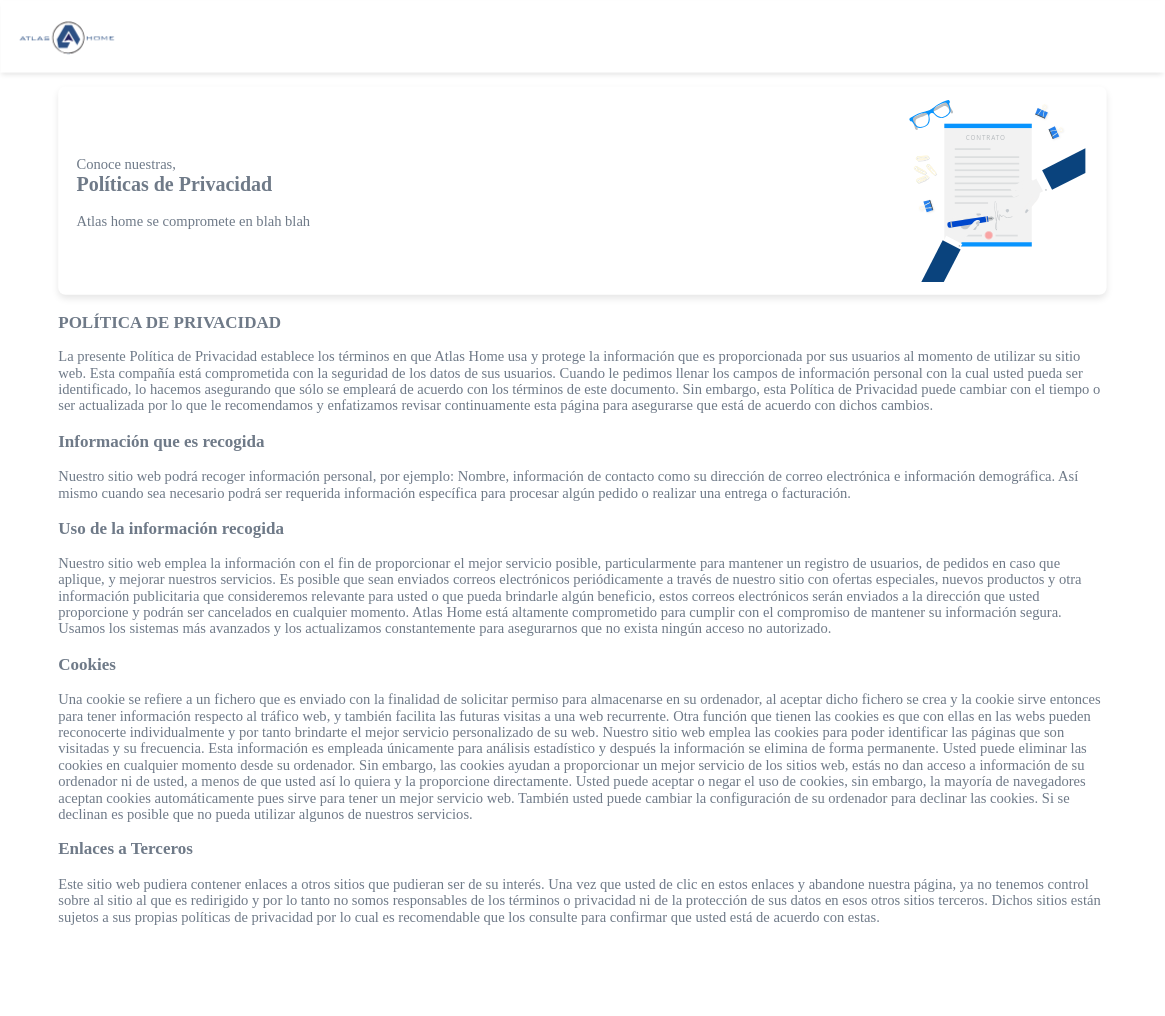
Repository: FabioMadrid/atlas_code
Page: politicas_privacidad.html
These files come from the project's save history. The page is drawn as it stood at one moment and after the next save; the edit follows.
The browser window is 1280 px wide. The pictures show the whole page, at 91% of full size.
Some web fonts or font styles are not loaded; a fallback is used. Some web libraries are served in a nearby version.

Above is the page before, as saved 2021-01-13 10:46:26.
Console error: TypeError: Cannot read properties of null (reading 'click')

### politicas_privacidad.html
<!DOCTYPE html>
<html lang="en">
<head>
    <meta charset="UTF-8">
    <meta name="viewport" content="width=device-width, initial-scale=1.0">
    <link rel="stylesheet" href="https://cdnjs.cloudflare.com/ajax/libs/font-awesome/4.7.0/css/font-awesome.min.css">
    <script src="https://kit.fontawesome.com/8bf4511c4b.js" crossorigin="anonymous"></script>
    <link rel="stylesheet" href="css/general.css">
    <link rel="stylesheet" href="css/perfil_vendedor.css">
    <link rel="stylesheet" href="https://atlas-home-colombia.s3.amazonaws.com/fonts/fonts.css">
    <title>Atlas Home</title>
</head>
<body>

    <div class="topnav" id="myTopnav">
        <div class="column-25" style="left: 0;">
            <a href="./index.html">
                <img src="./svg/logo_alargado_azul.svg" alt="Logo Atlas" id="logo-navbar">
            </a>
        </div>

    </div>



    <div class="titulo-inmueble hide-mobile" style="margin-top: 95px;" id="titulo-propiedad">
        <div class="space-between" style="margin-top: 5px;">

            <div class="text">
                <span >Conoce nuestras</span>,
                <br>
                <b style="font-size: 22px;display:block">Políticas de Privacidad</b>
                <br>

                Atlas home se compromete en blah blah

            </div>

            <div class="relative-container">

                    <img src="./svg/contrato.svg" alt="Logo Atlas" class="dibujo">

            </div>

        </div>
    </div>


    <section style="margin: 0 5% 100px" class="text">

        <h3> POLÍTICA DE PRIVACIDAD</h3>

        La presente Política de Privacidad establece los términos en que Atlas Home usa y protege la información que es proporcionada por sus usuarios al momento de utilizar su sitio web. Esta compañía está comprometida con la seguridad de los datos de sus usuarios. Cuando le pedimos llenar los campos de información personal con la cual usted pueda ser identificado, lo hacemos asegurando que sólo se empleará de acuerdo con los términos de este documento. Sin embargo, esta Política de Privacidad puede cambiar con el tiempo o ser actualizada por lo que le recomendamos y enfatizamos revisar continuamente esta página para asegurarse que está de acuerdo con dichos cambios.

        <h3>Información que es recogida</h3>
        Nuestro sitio web podrá recoger información personal, por ejemplo: Nombre, información de contacto como su dirección de correo electrónica e información demográfica. Así mismo cuando sea necesario podrá ser requerida información específica para procesar algún pedido o realizar una entrega o facturación.

        <h3>Uso de la información recogida</h3>
        Nuestro sitio web emplea la información con el fin de proporcionar el mejor servicio posible, particularmente para mantener un registro de usuarios, de pedidos en caso que aplique, y mejorar nuestros servicios. Es posible que sean enviados correos electrónicos periódicamente a través de nuestro sitio con ofertas especiales, nuevos productos y otra información publicitaria que consideremos relevante para usted o que pueda brindarle algún beneficio, estos correos electrónicos serán enviados a la dirección que usted proporcione y podrán ser cancelados en cualquier momento.

        Atlas Home está altamente comprometido para cumplir con el compromiso de mantener su información segura. Usamos los sistemas más avanzados y los actualizamos constantemente para asegurarnos que no exista ningún acceso no autorizado.

        <h3> Cookies </h3>
        Una cookie se refiere a un fichero que es enviado con la finalidad de solicitar permiso para almacenarse en su ordenador, al aceptar dicho fichero se crea y la cookie sirve entonces para tener información respecto al tráfico web, y también facilita las futuras visitas a una web recurrente. Otra función que tienen las cookies es que con ellas en las webs pueden reconocerte individualmente y por tanto brindarte el mejor servicio personalizado de su web.

        Nuestro sitio web emplea las cookies para poder identificar las páginas que son visitadas y su frecuencia. Esta información es empleada únicamente para análisis estadístico y después la información se elimina de forma permanente. Usted puede eliminar las cookies en cualquier momento desde su ordenador.

        Sin embargo, las cookies ayudan a proporcionar un mejor servicio de los sitios web, estás no dan acceso a información de su ordenador ni de usted, a menos de que usted así lo quiera y la proporcione directamente. Usted puede aceptar o negar el uso de cookies, sin embargo, la mayoría de navegadores aceptan cookies automáticamente pues sirve para tener un mejor servicio web. También usted puede cambiar la configuración de su ordenador para declinar las cookies. Si se declinan es posible que no pueda utilizar algunos de nuestros servicios.

        <h3> Enlaces a Terceros </h3>

        Este sitio web pudiera contener enlaces a otros sitios que pudieran ser de su interés. Una vez que usted de clic en estos enlaces y abandone nuestra página, ya no tenemos control sobre al sitio al que es redirigido y por lo tanto no somos responsables de los términos o privacidad ni de la protección de sus datos en esos otros sitios terceros. Dichos sitios están sujetos a sus propias políticas de privacidad por lo cual es recomendable que los consulte para confirmar que usted está de acuerdo con estas.



    </section>














    <script src="./js/vendedor.js"></script>
    <script src="js/general.js"></script>

</body>
</html>

### css/perfil_vendedor.css
.titulo-inmueble
{
    min-height: 80px;
    width: 90%;
    margin: auto;
    box-shadow: 0 4px 8px 0 rgba(0,0,0,0.1);
    border-radius: 8px;
    padding: 10px 20px;
    overflow: hidden;

}


.titulo-inmueble>h2
{
    margin: 5px 0 5px 0;
}
.titulo-propiedades
{
    font:"Forma DJR Text Edu" medium ;
    color: #0048CD;
    text-align: left;
}
.space-between
{
    justify-content: space-between;
    display: flex;
    display: -webkit-flex; /* Safari */
    flex-flow: row nowrap;
    align-items: center;
}
.text-t
{
    font-family:"Forma DJR Text Edu";
    color: #6F7A88;
    font-size: 16px;
    padding: 5px;
}

.dot {
    height: 12px;
    width: 12px;
    margin: 0 2px;
    background-color: #0894FE;
    border-radius: 50%;
    display: inline-block;
  }

.logo_empresa
{
    height: 100px;
    width: 100px;
    border-radius: 50%;
    vertical-align: middle;
    background-blend-mode: multiply;
    color: transparent;
    transition: all .3s ease;
    cursor: pointer;
}
.thumbnail
{
    height: 60px;
    width: 60px;
    border-radius: 50%;
    vertical-align: middle;
}
.upload_boton {
    opacity: 0;
    position: absolute;
    z-index: -1;
 }

 .info-card
 {
     height: 130px;
     width: 150px;
     margin:.7em;
     box-shadow: 0 4px 8px 0 rgba(0,0,0,0.2);
     border-radius: 8px;
     padding: none;
     overflow: hidden;
     padding: 10px;
 }
 .info-card:hover, .cita-card:hover
{
    box-shadow: 0 8px 16px 0 rgba(0,0,0,0.2);
    cursor: pointer;
}

 .cita-card
 {
     height: 250px;
     width: 250px;
     margin:.7em;
     box-shadow: 0 4px 8px 0 rgba(0,0,0,0.2);
     border-radius: 8px;
     padding: none;
     overflow: hidden;
     padding: 10px;
 }

 /*-------- Cards de propiedades--------*/
 .atlas-card
{
    height: 290px;
    width: 300px;
    margin:.7em;
    box-shadow: 0 4px 8px 0 rgba(0,0,0,0.2);
    transition: 0.3s;
    border-radius: 8px;
    padding: none;
    overflow: hidden;
}
.image-card
{
    height: 170px;
    width: 100%;
    object-fit: cover;
    vertical-align: middle;
}
.columna_modal_cita
{
  width: 45%;
  margin-top: 15px;
}


.contenedor-beneficios
{
    display: flex;
    flex-flow: row wrap;
    justify-content: flex-start;
    width: 90%;
    margin: auto;
}
.card-container
{
    display: flex;
    flex-flow: row nowrap;
    justify-content: space-around;
}
.icons
{
    height: 50px;
}
.cambiar_foto
{
    position: absolute;
    right: 0;
    bottom: 0;
    width: 20px;
    height:20px;
    background-color: white;
}
.dibujo
{
    width: 200px;
    height: 200px;
}

/*----------Clases de los accordiones ----------*/
.accordion {
    background-color: white;
    color: #444;
    cursor: pointer;
    padding: 18px;
    width: 100%;
    border: none;
    text-align: left;
    outline: none;
    font-size: 15px;
    transition: 0.4s;
    box-shadow: 0 4px 8px 0 rgba(0,0,0,0.1);
    margin-bottom: 1px;
  }

  .active-accordion, .accordion:hover
  {
    color: #0894FE;
    border-bottom: 1px solid #0894FE;
  }

  .accordion:after {
    content: 'Editar';
    color:#0894FE;
    font-weight: bold;
    float: right;
    margin-left: 5px;
  }

  .active-accordion:after {
    content: "Cancelar";
  }

  .panel {
    padding: 0 20px;
    background-color: white;
    max-height: 0;
    overflow: hidden;
    transition: max-height 0.2s ease-out;
    box-shadow: 0 4px 8px 0 rgba(0,0,0,0.1);
  }

  .text_blue
  {
      color: #0894FE ;
  }

  .tabcontent
{
    display: none;
    animation: fadeEffect 0.5s; /* Fading effect takes 1 second */
}


.b-tipo-cita
{
    color: #6F7A88;
    border-bottom: 1px solid #6F7A88;
    display: block;
    text-align: center;
    width: 25%;
    margin-top: 0;
    cursor: pointer;
    outline: none;
    padding: 10px;
    background-color: white;
}

.b-tipo-cita.active
{
  border-bottom: 2px solid #2680EB;
  color: #2680EB;
  font-weight: bold;
}

  /* The container */
  .checkbox {
    display: inline-block;
    position: relative;
    width: 100%;
    padding: 7px 0 7px 35px;
    margin: 12px 0;
    cursor: pointer;
    font-size: 16px;
    -webkit-user-select: none;
    -moz-user-select: none;
    -ms-user-select: none;
    user-select: none;
  }

  /* Hide the browser's default checkbox */
  .checkbox>input {
    position: absolute;
    opacity: 0;
    cursor: pointer;
    height: 0;
    width: 0;
  }

  /* Create a custom checkbox */
  .checkmark {
    position: absolute;
    left: 0;
    height: 22px;
    width: 22px;
    border: 3px solid #3B5A80;
    border-radius: 3px;
    background-color: #eee;
  }

  /* On mouse-over, add a grey background color */
  .checkbox:hover>input ~ .checkmark {
    background-color: #ccc;
  }

  /* When the checkbox is checked, add a blue background */
  .checkbox>input:checked ~ .checkmark {
    background-color: #0894FE;
    border: none;
  }

  /* Create the checkmark/indicator (hidden when not checked) */
  .checkmark:after {
    content: "";
    position: absolute;
    display: none;
  }

  /* Show the checkmark when checked */
  .checkbox>input:checked ~ .checkmark:after {
    display: block;
  }

  /* Style the checkmark/indicator */
  .checkbox .checkmark:after {
    left: 9px;
    top: 5px;
    width: 5px;
    height: 10px;
    border: solid white;
    border-width: 0 3px 3px 0;
    -webkit-transform: rotate(45deg);
    -ms-transform: rotate(45deg);
    transform: rotate(45deg);
  }

/* tabla para historial de citas */
.citas {
  border-collapse: collapse;
  width: 100%;
}

.citas td, .citas th {
  border: 1px solid #ddd;
  padding: 8px;
}

.citas tr:nth-child(even){background-color: #f2f2f2;}

.citas tr:hover {background-color: #ddd;cursor:pointer}

.citas th {
  padding-top: 12px;
  padding-bottom: 12px;
  text-align: left;
  background-color: #0048CD;
  color: white;
}


.contenedor_x
{
  display: flex;
  justify-content: space-between;
  flex-flow: row wrap;
}

.boton_azul
{
    color: #0894FE;
    background-color: white;
    border: #0894FE solid 1px;
    padding: 4px 8px;
    border-radius: 5px;
    display: block;
    width: 40%;
    height: 40px;
    font-size:16px;
    transition: background-color 0.4s;
    outline: none;
    margin: 8px 10px;
    text-align: center;
    min-width: 120px;
}

/*------------Step form en modal de citas -------*/

/* Styling Parts */
#part1,
#part2
{
  z-index: 2;
  display: block;
  height: auto;
  opacity: 1;
  transition: opacity 1s ease-in-out;
}

/* Hidden Parts */
#part2 {
  opacity: 0;
  height: 0;
  overflow: hidden;
}

/* Show Step 2 & Hide Step 1 */
#step2:checked ~ #part2 {
  opacity: 1;
  height: auto;
}
#step2:checked ~ #part1 {
  opacity: 0;
  height: 0;
  display: none;
}

@media screen and (max-width: 1500px)
{

  .columna_modal_cita
  {
    width: 35%;
  }


}

@media screen and (max-width: 1200px)
{

    .contenedor-beneficios
    {
        flex-flow: row wrap;
    }
    .contenedor_x
  {
    justify-content: center;
  }
  .columna_modal_cita
  {
    width: 100%;
  }

}

@media screen and (max-width: 765px)
{

    .contenedor-beneficios
    {
        justify-content: space-around;
    }
    .text-align
    {
        text-align: center;
    }

    .atlas-card
    {
        width: 100%;
    }
    .card-container
    {
        flex-flow: row wrap;
    }
    .main-text
    {
        font-size: 45px;
        margin: 0 5%;
    }
    .dibujo
    {
        margin: 20px auto;
    }
    .b-tipo-cita
    {
      width: 50%;
    }

}

@media screen and (max-width: 400px)
{
    .info-card
    {
        width: 250px;
    }
    .space-between
    {
        justify-content: center;
        flex-flow: row wrap;
    }

    .logo_empresa
    {
        margin: 20px auto;
    }

}

Loaded but not shown: js/general.js (175 lines, source omitted); js/vendedor.js (36 lines, source omitted); css/general.css (885 lines, source omitted)

After the next save:
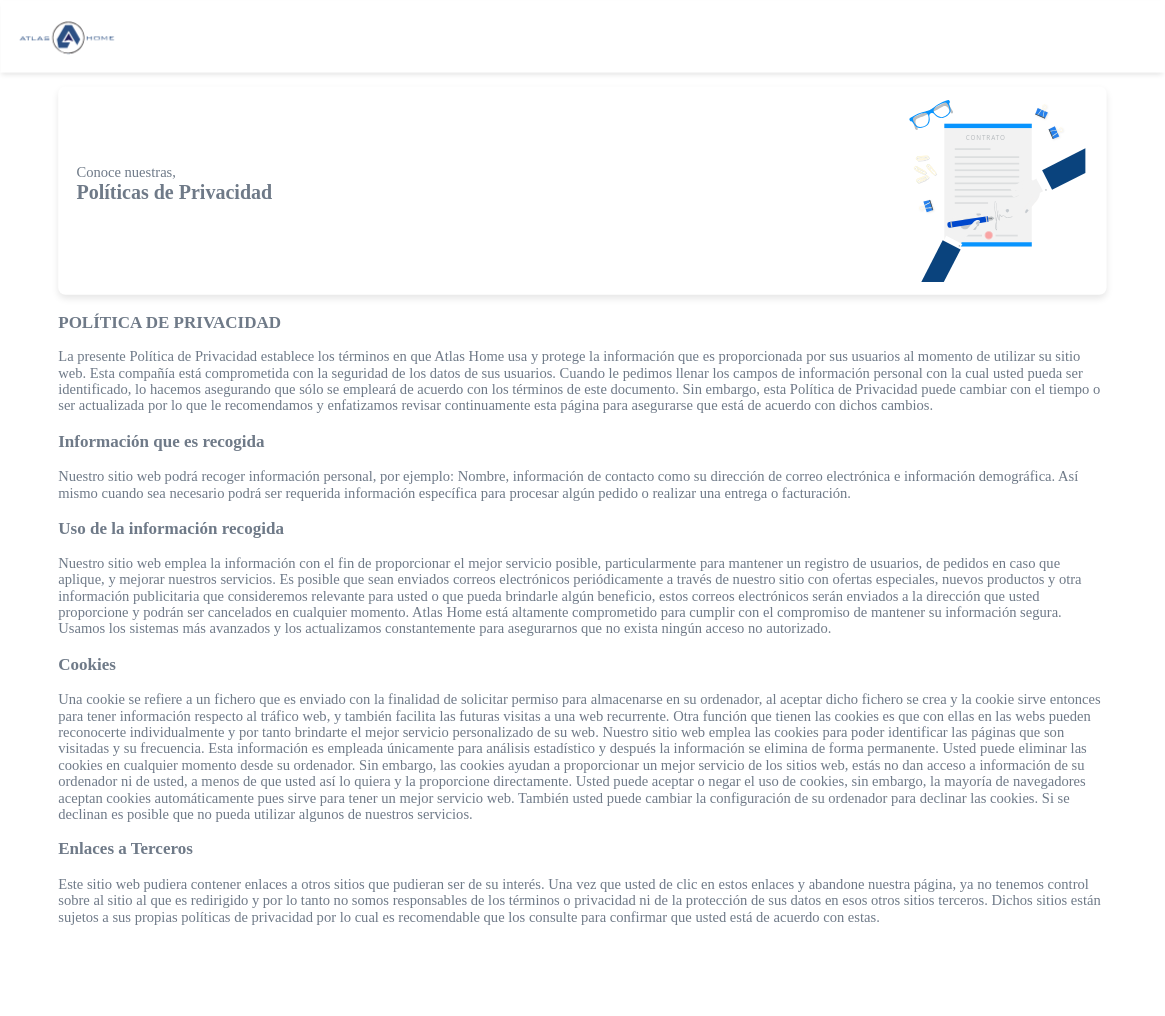
Saved 31 s later.
--- a/politicas_privacidad.html
+++ b/politicas_privacidad.html
@@ -31,8 +31,6 @@
                 <br>
                 <b style="font-size: 22px;display:block">Políticas de Privacidad</b>
                 <br>
-
-                Atlas home se compromete en blah blah
 
             </div>
 
